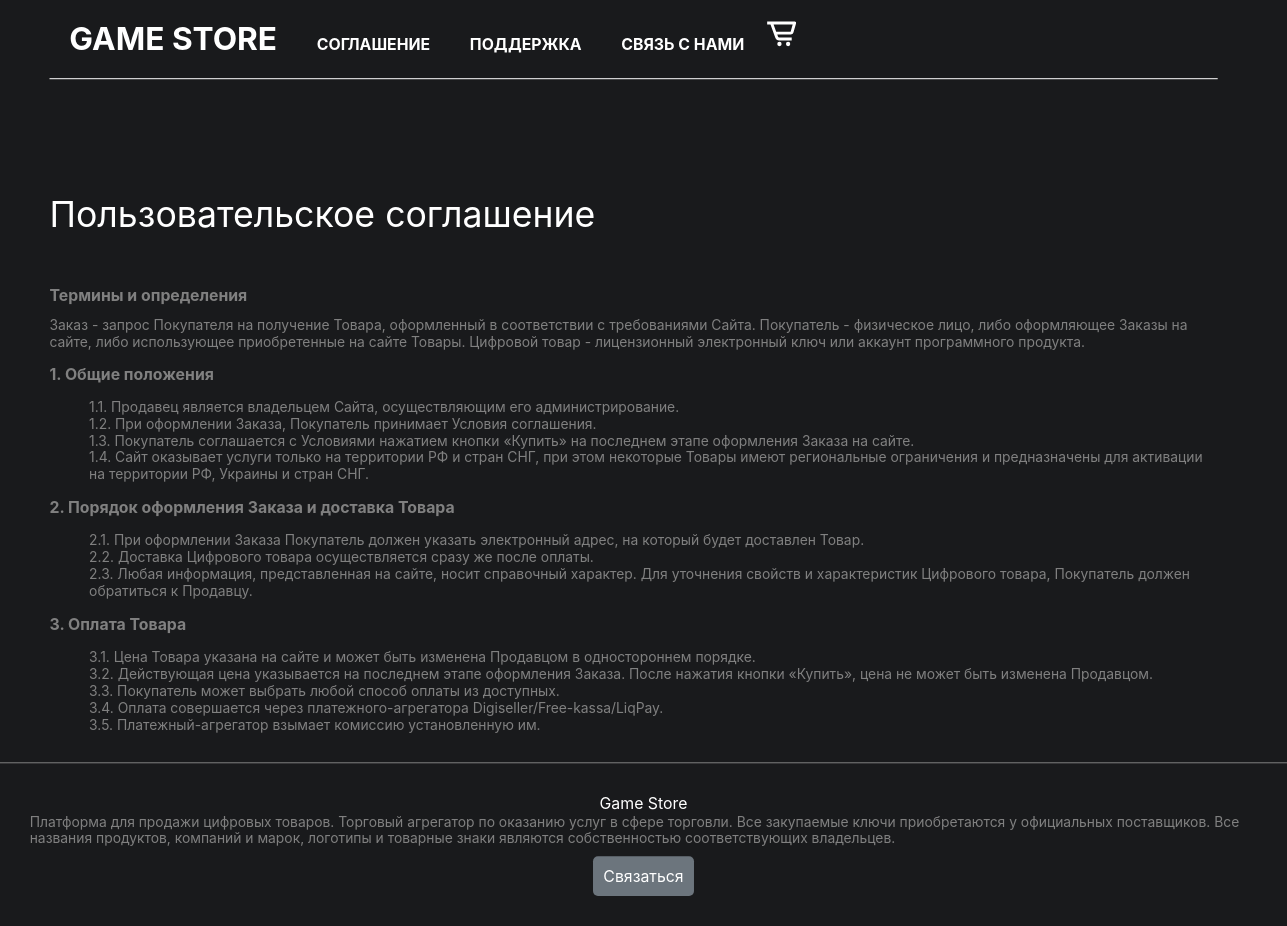
Repository: Minkeani/GameStore
Page: /Agreement
The author's editor kept a copy of each file at every save. The page is drawn from the files as they stood at one save, then again after the next save.
The browser window is 1280 px wide. The page is 1300 px wide, so the pictures cover 1300 px, including what lies to the right of the window. The pictures show the whole page, at 99% of full size.
The project was rebuilt for these pictures with package versions that can differ from the ones it lists, and the page was loaded fresh each time. Also part of the build but not shown: src/components/ItemsInCart/ItemsInCart.css, src/components/ItemsInCart/ItemsInCart.jsx, src/components/CartMenu/CartMenu.css, src/components/Btn/Btn.css, src/components/Btn/Btn.jsx, src/components/CartItem/CartItem.css, src/components/CartItem/CartItem.jsx, src/components/utils/utils.js and 20 more.

Above is the page before, as saved 2022-09-13 19:51:08.

### src/index.js
import React from 'react';
import ReactDOM from 'react-dom/client';
import './index.css';
import App from './App';
import reportWebVitals from './reportWebVitals';

const root = ReactDOM.createRoot(document.getElementById('root'));
root.render(
    <App />
);

### src/index.css
body {
  margin: 0;
  min-height: 100%;
  font-family: -apple-system, BlinkMacSystemFont, 'Segoe UI', 'Roboto', 'Oxygen',
    'Ubuntu', 'Cantarell', 'Fira Sans', 'Droid Sans', 'Helvetica Neue',
    sans-serif;
  -webkit-font-smoothing: antialiased;
  overflow-x: hidden;
  -moz-osx-font-smoothing: grayscale;
    background-color: rgb(25, 26, 28);
}

code {
  font-family: source-code-pro, Menlo, Monaco, Consolas, 'Courier New',
    monospace;
}

.App {
  max-width: 1180px;;
  margin: 0 auto;
  padding: 0 40px;
  color: white;
}

a {
  color: white;
  text-decoration: none;
}

.secondary-text {
  color: rgb(80, 82, 84);
}

### src/App.js
import { BrowserRouter, Routes, Route } from "react-router-dom";
import Header from "./components/Header/Header";
import { Provider } from "react-redux";
import GamePage from "./components/GamePage/GamePage";
import OrderPage from "./components/OrderPage/OrderPage";
import HomePage from "./pages/HomePage/HomePage";
import {store} from './redux'
import Agreement from "./components/Agreement/Agreement";
import Footer from "./components/Footer/Footer";
import Support from "./components/Support/Support";


function App() {
  return (
    <>
    <Provider store={store}>
    <BrowserRouter>
      <div className="App">
        <Header />
        <Routes>
          <Route path="/" element={<HomePage />} />
          <Route path="/app/:title" element={<GamePage />} />
          <Route path="/order" element={<OrderPage />} />
          <Route path="/agreement" element={<Agreement />} />
          <Route path="/support" element={<Support />} />
        </Routes>
      </div>
    </BrowserRouter>
    </Provider>
     <Footer/>
    </>
  );
}

export default App;

### src/components/Header/Header.js
import React, { useState } from "react";
import { Link } from "react-router-dom";
import CartBlock from "../CartBlock/CartBlock";
import cn from "classnames";
import styles from "./Header.module.scss";

export default function Header() {
  const [active, setActive] = useState(false);


  return (
    <header className="wrapper">
      <ul
        className={cn(styles.topnav, active === true ? styles.responsive : "")}
      >
        <li>
          <Link to="/" className={cn(styles.active, styles.logo)}>
            Game Store
          </Link>
        </li>
        <li>
          <Link to="/Agreement">Соглашение</Link>
        </li>
        <li>
          <Link to="/support">Поддержка</Link>
        </li>
        <li>
          <a target="blank" href="https://linktr.ee/minkeani">
            Связь с нами
          </a>
        </li>
        <li>
          {" "}
          <div className={styles.favourite}>
            <CartBlock />
          </div>
        </li>
        <li className={styles.icon}>
          <a href="#" onClick={() => setActive(!active)}>
            ☰
          </a>
        </li>
      </ul>
    </header>
  );
}

### src/redux/index.js
import { configureStore } from '@reduxjs/toolkit';
import gamesReducer from './games/gamesReducer';
import reducerCart from './cart/reducerCart';

export const store = configureStore({
    reducer: {
        games: gamesReducer,
        cart: reducerCart,
    }
  })

### src/components/Agreement/Agreement.jsx
import React from "react";
import Title from "../Ui/Title/Title";
import BigTitle from "../Ui/BigTitle/BigTitle";
import P from "../Ui/P/P";
import "./Agreement.css";

const Agreement = () => {
  return (
    <div>
      <BigTitle>Пользовательское соглашение</BigTitle>
      <Title>Термины и определения</Title>
      <P>
        Заказ - запрос Покупателя на получение Товара, оформленный в
        соответствии с требованиями Сайта. Покупатель - физическое лицо, либо
        оформляющее Заказы на сайте, либо использующее приобретенные на сайте
        Товары. Цифровой товар - лицензионный электронный ключ или аккаунт
        программного продукта.
      </P>
      <Title>1. Общие положения</Title>
      <P>
        <ul className="list">
          <li>
            1.1. Продавец является владельцем Сайта, осуществляющим его
            администрирование.
          </li>
          <li>
            1.2. При оформлении Заказа, Покупатель принимает Условия соглашения.
          </li>
          <li>
            1.3. Покупатель соглашается с Условиями нажатием кнопки «Купить» на
            последнем этапе оформления Заказа на сайте.
          </li>
          <li>
            1.4. Сайт оказывает услуги только на территории РФ и стран СНГ, при
            этом некоторые Товары имеют региональные ограничения и предназначены
            для активации на территории РФ, Украины и стран СНГ.
          </li>
        </ul>
      </P>
      <Title>2. Порядок оформления Заказа и доставка Товара</Title>
      <P>
        <ul className="list">
          <li>
            2.1. При оформлении Заказа Покупатель должен указать электронный
            адрес, на который будет доставлен Товар.
          </li>
          <li>
            2.2. Доставка Цифрового товара осуществляется сразу же после оплаты.
          </li>
          <li>
            2.3. Любая информация, представленная на сайте, носит справочный
            характер. Для уточнения свойств и характеристик Цифрового товара,
            Покупатель должен обратиться к Продавцу.
          </li>
          <li></li>
        </ul>
      </P>
      <Title>3. Оплата Товара</Title>
      <P>
        <ul className="list">
          <li>
            3.1. Цена Товара указана на сайте и может быть изменена Продавцом в
            одностороннем порядке.
          </li>
          <li>
            3.2. Действующая цена указывается на последнем этапе оформления
            Заказа. После нажатия кнопки «Купить», цена не может быть изменена
            Продавцом.
          </li>
          <li>
            3.3. Покупатель может выбрать любой способ оплаты из доступных.
          </li>
          <li>
            3.4. Оплата совершается через платежного-агрегатора
            Digiseller/Free-kassa/LiqPay.
          </li>
          <li>3.5. Платежный-агрегатор взымает комиссию установленную им.</li>
        </ul>
      </P>
    </div>
  );
};

export default Agreement;

### src/components/Footer/Footer.jsx
import React from "react";
import "./Footer.css";
import { Link } from "react-router-dom";
import P from "../Ui/P/P";

const Footer = () => {
  return (
    <footer className="footer">
      <div className="wrapper__footer">
        <a href="#" className="header__store-title">
          Game Store
        </a>

        <div>
          <P>
            Платформа для продажи цифровых товаров. Торговый агрегатор по
            оказанию услуг в сфере торговли. Все закупаемые ключи приобретаются
            у официальных поставщиков. Все названия продуктов, компаний и марок,
            логотипы и товарные знаки являются собственностью соответствующих
            владельцев.
          </P>
          <a href="https://linktr.ee/minkeani" target="blank">
            Связаться
          </a>
        </div>
      </div>
    </footer>
  );
};

export default Footer;

### src/components/CartBlock/CartBlock.jsx
import React, { useState, useCallback } from "react";
import "./CartBlock.css";
import { useSelector } from "react-redux";
import { BiCartAlt } from "react-icons/bi";
import ItemsInCart from "../ItemsInCart/ItemsInCart";
import CartMenu from "../CartMenu/CartMenu";
import { useNavigate } from "react-router-dom";

export default function CartBlock() {
  const items = useSelector((state) => state.cart.itemsInCart);
  const totalPrice = items.reduce((acc, game) => (acc += game.price), 0);
  const [isCartMenuVisible, setCartMenuVisible] = useState(false)

  const navigate = useNavigate()

  const handleClick = useCallback(() => {
    setCartMenuVisible(false)
    navigate('/order')
  }, [navigate])

  return (
    <div className="cart-block">
      <ItemsInCart quantity={items.length}/>
      <BiCartAlt size={35} className="cart-icon" onClick={() => setCartMenuVisible(!isCartMenuVisible)} />
      {totalPrice > 0 ? (
        <span className="total-price">{totalPrice} руб</span>
      ) : null}

     {isCartMenuVisible ? <CartMenu items={items} onClick={handleClick} /> : ''}
    </div>
  );
}

### src/components/Header/Header.module.scss
header {
    // position: fixed;
    margin-bottom: 20px;
  width: 100%;
  height: 20vh;
  z-index: 3;
  }
.topnav {
    background: transparent;
    border-bottom: 0.5px solid white;
    list-style-type: none;
    margin: 0;
    overflow: hidden;
    position: relative;
    transition: all ease 0.5s;
    padding: 0;
  }

  .logo {
    font-size: 2rem;
  }

  .favourite {
    position: relative;
    display: flex;
    align-items: center;
    justify-content: center;
  }


  .favourite span{
    font-size: 28px;
  }

  .favourite span div{
    position: absolute;
    background-color: orange;
    border-radius: 10px;
    padding: 3px;
    font-size: 24px;
    top: -20px;
    right: -10px;
  }

  .active {
    text-decoration: underline;
  }

  .topnav li {
    display: inline-block;
    margin: 0;
  }

  .topnav li a {
    text-decoration: none;
    color: #fff;
    display: block;
    padding: 20px;
    text-transform: uppercase;
    font-weight: bold;
    transition: all ease 0.3s;
  }

  .topnav li a:hover {
    color: rgb(214, 214, 214);
}

  .topnav .icon {
    position: absolute;
    top: 0;
    right: 0;
    display: none;
  }

  .responsive {
     transition: all ease 0.5s;
  }

  @media screen and (max-width: 640px) {
    .topnav li:not(:first-child) {
      display: none;
    }
    ul.topnav li.icon {
      display: block;
    }
  }

  @media screen and (max-width: 640px) {
    ul.topnav.responsive {
      position: relative;
    }
    ul.topnav.responsive li.icon {
      position: absolute;
      right: 0;
      top: 0;
    }
    ul.topnav.responsive li,
    ul.topnav.responsive li a {
      display: block;
      text-align: left;
    }
  }

### src/redux/games/gamesReducer.js
import { createSlice } from '@reduxjs/toolkit'

const gamesSlice = createSlice({
  name: 'games',
  initialState: {
    currentGame: null
  },
  reducers: {
    setCurrentGame: (state, action) => {
      state.currentGame = action.payload
    },
  }
});

export const { setCurrentGame } = gamesSlice.actions;
export default gamesSlice.reducer;

### src/redux/cart/reducerCart.js
import { createSlice } from "@reduxjs/toolkit";

const cartSlice = createSlice({
    name: 'cart',
    initialState: {
        itemsInCart: []
    },
    reducers: {
        setItemInCart: (state, action) => {
            state.itemsInCart.push(action.payload)
    },
        deleteItemFromCart: (state, action) => {
        state.itemsInCart = state.itemsInCart.filter(game => game.id !== action.payload)
    }
}
});

export const {setItemInCart, deleteItemFromCart} = cartSlice.actions;
export default cartSlice.reducer;

### src/components/Ui/Title/Title.jsx
import React from 'react';
import './Title.css'

const Title = ({children}) => {
    return (
        <div className='Title'>
            {children}
        </div>
    );
}

export default Title;

### src/components/Ui/BigTitle/BigTitle.jsx
import React from 'react';
import './BigTitle.css'

const BigTitle = ({children}) => {
    return (
        <h2 className='BigTitle'>
            {children}
        </h2>
    );
}

export default BigTitle;

### src/components/Ui/P/P.jsx
import React from 'react';
import './P.css'

const P = ({children}) => {
    return (
        <div className='paragraph'>
            {children}
        </div>
    );
}

export default P;

### src/components/Agreement/Agreement.css
.list li{
    list-style-type: none
}

### src/components/Footer/Footer.css
.footer {
  height: auto;
  padding: 10px;
  display: flex;
  flex-grow: 1;
  overflow-x: hidden;
  margin-top: 30px;
  width: 100%;
  border-top: 1px solid gray;
}

.wrapper__footer {
  display: flex;
  margin: 20px;
  flex-grow: 1;
  flex-direction: column;
  align-items: center;
  justify-content: space-between;
}

.wrapper__footer div {
  display: flex;
  align-items: center;
  justify-content: center;
  flex-direction: column;
}
.wrapper__footer div a {
  color: #ffffff;
  background-color: #6c757d;
  border: none;
  padding: 10px;
  border-radius: 5px;
}

.wrapper__footer div a:hover {
  color: #ffffff;
  background-color: #3e4042;
}

### src/components/CartBlock/CartBlock.css
.cart-block {
    display: flex;
    align-items: center;
    position: relative;
}

.total-price {
    margin-left: 15px;
    font-size: 18px;
    font-weight: bold;
}

.cart-icon {
    cursor: pointer;
    position: relative;
}

### src/components/Ui/Title/Title.css
.Title {
    color: gray;
    font-weight: 700;
    line-height: 1.3;
    margin: 15px 0 10px;
}

### src/components/Ui/BigTitle/BigTitle.css
.BigTitle {
    font-size: 36px;
    font-weight: 400;
    color: #fff;
    padding: 20px 0;
}

### src/components/Ui/P/P.css
.paragraph {
    margin-bottom: 10px;
    color: gray;
    font-size: 14px;
    font-weight: 400;
    font-style: normal;
}

Loaded but not shown: public/index.html (common file); src/reportWebVitals.js (common file); src/components/Support/Support.css (no stored copy; drawn as an empty file)

After the next save:
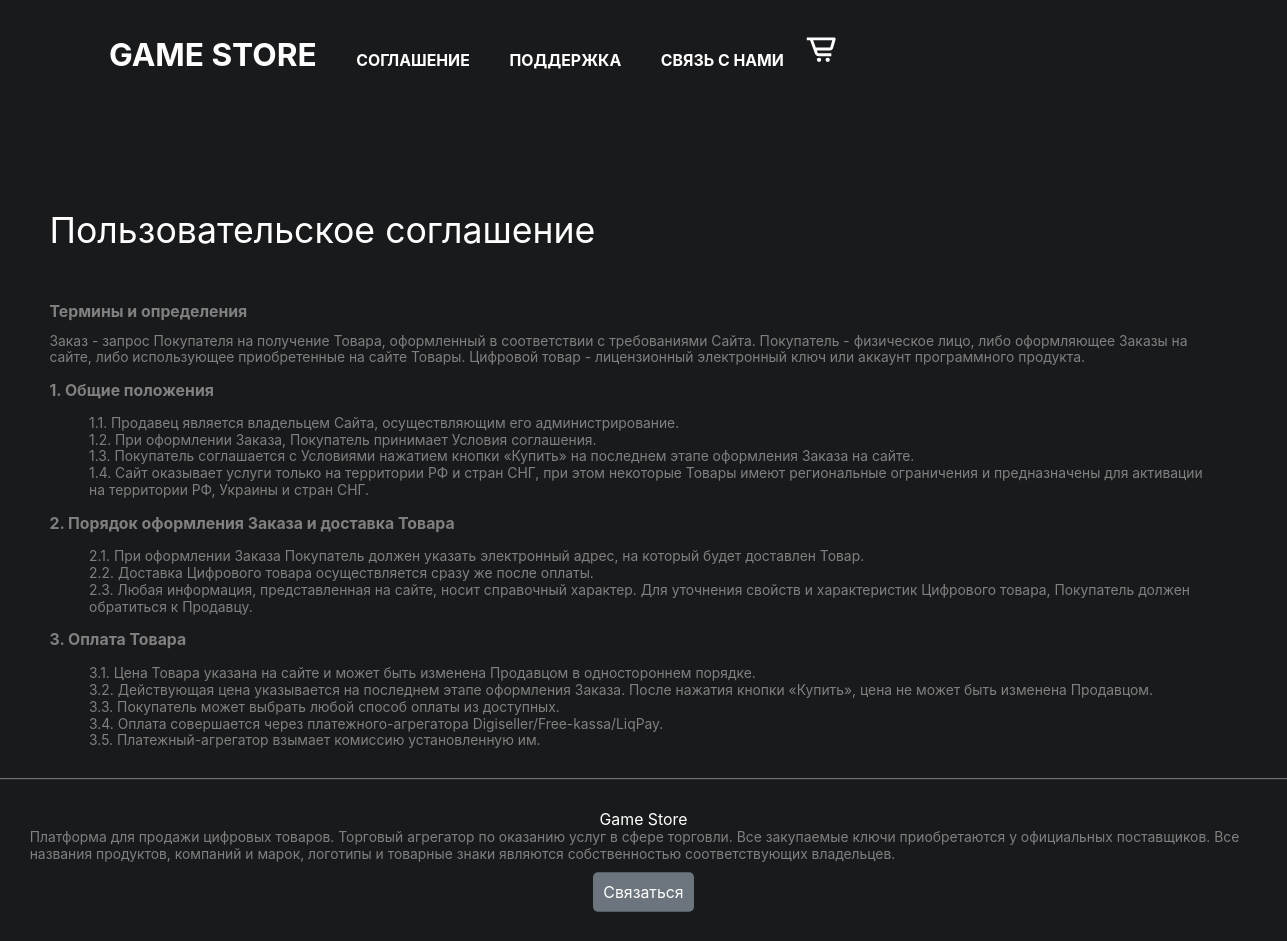
Saved 12 s later.
--- a/src/components/Header/Header.module.scss
+++ b/src/components/Header/Header.module.scss
@@ -5,16 +5,16 @@
   height: 20vh;
   z-index: 3;
   }
-.topnav {
-    background: transparent;
-    border-bottom: 0.5px solid white;
-    list-style-type: none;
-    margin: 0;
-    overflow: hidden;
-    position: relative;
-    transition: all ease 0.5s;
-    padding: 0;
-  }
+// .topnav {
+//     background: transparent;
+//     border-bottom: 0.5px solid white;
+//     list-style-type: none;
+//     margin: 0;
+//     overflow: hidden;
+//     position: relative;
+//     transition: all ease 0.5s;
+//     padding: 0;
+//   }
 
   .logo {
     font-size: 2rem;

After the save that followed:
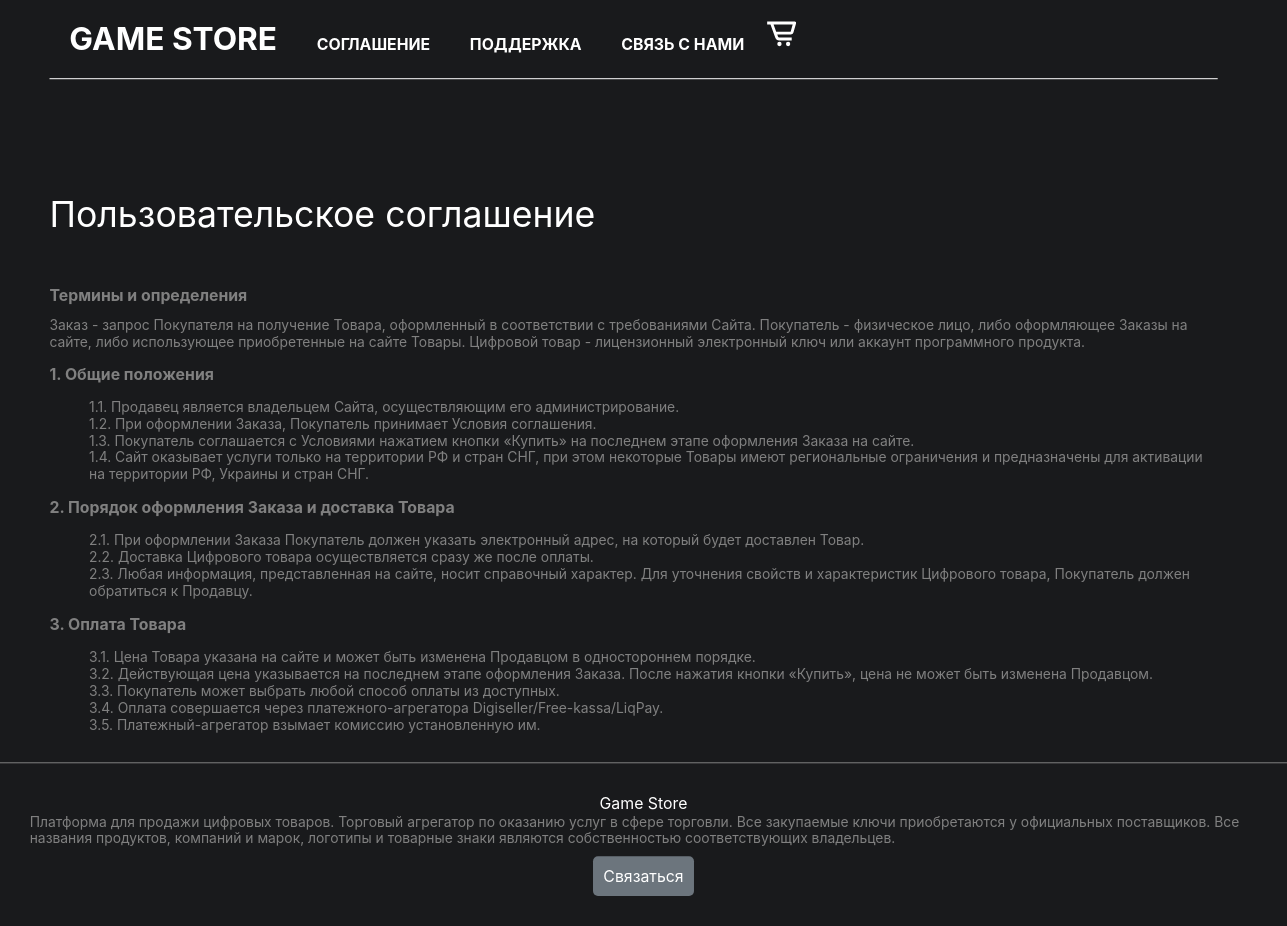
Saved 52 s later.
--- a/src/components/Header/Header.module.scss
+++ b/src/components/Header/Header.module.scss
@@ -5,16 +5,16 @@
   height: 20vh;
   z-index: 3;
   }
-// .topnav {
-//     background: transparent;
-//     border-bottom: 0.5px solid white;
-//     list-style-type: none;
-//     margin: 0;
-//     overflow: hidden;
-//     position: relative;
-//     transition: all ease 0.5s;
-//     padding: 0;
-//   }
+.topnav {
+    background: transparent;
+    border-bottom: 0.5px solid white;
+    list-style-type: none;
+    margin: 0;
+    overflow: hidden;
+    position: relative;
+    transition: all ease 0.5s;
+    padding: 0;
+  }
 
   .logo {
     font-size: 2rem;
